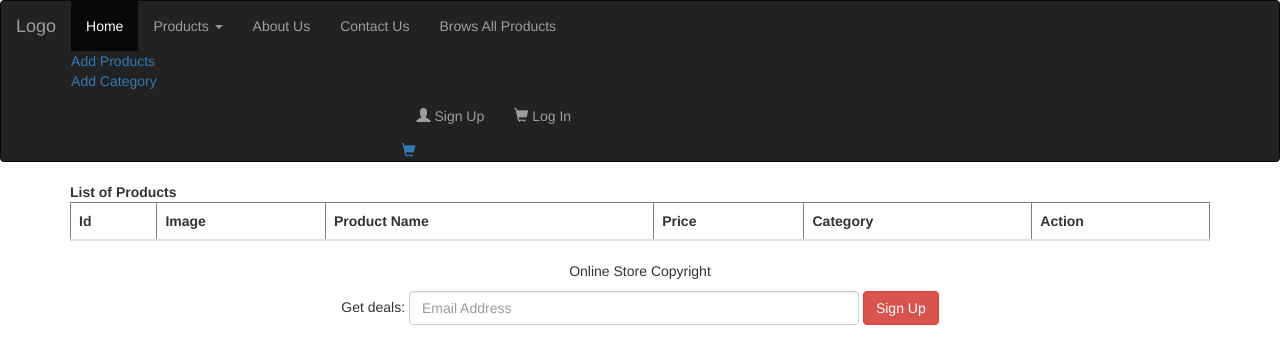
Repository: Binny16/-My-project
Page: http://localhost/online_shopping/WEB-INF/view/Listofproducts.jsp
The author's editor kept a copy of each file at every save. The page is drawn from the files as they stood at one save, then again after the next save.
The browser window is 1280 px wide. The pictures show the whole page.
The page is served by Tomcat 9. Nobody is signed in. The template is opened directly, without the code that normally fills it, so the values that code supplies are empty.

Above is the page before, as saved 2018-09-17 06:34:04.
Console error: TypeError: $(...).DataTable is not a function

After the next save:
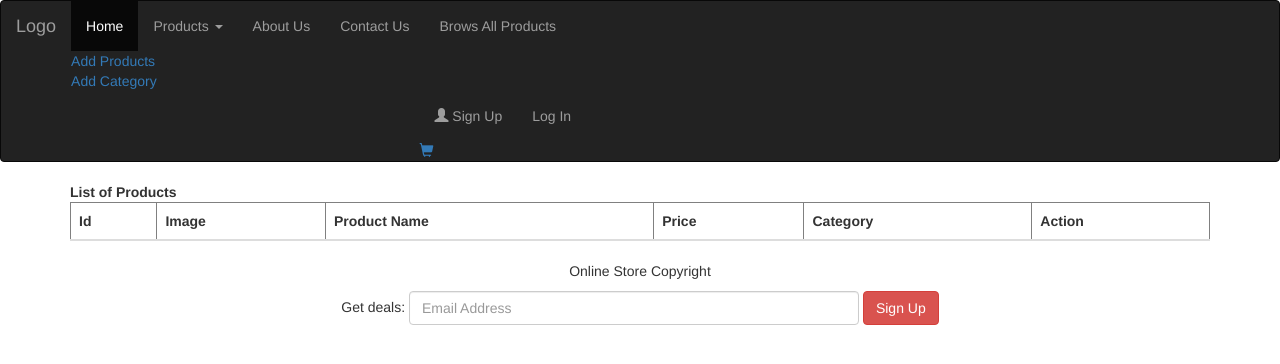
Saved 26 s later.
--- a/18-9-2018/binny/online_shopping/src/main/webapp/WEB-INF/view/Header.jsp
+++ b/18-9-2018/binny/online_shopping/src/main/webapp/WEB-INF/view/Header.jsp
@@ -63,7 +63,7 @@
 
          <c:if test="${pageContext.request.userPrincipal.name==null }">
         <li><a href="${pageContext.request.contextPath}/all/registrationform"><span class="glyphicon glyphicon-user"></span> Sign Up</a></li>
-        <li><a href="${pageContext.request.contextPath}/login"><span class="glyphicon glyphicon-shopping-cart"></span> Log In</a></li>
+        <li><a href="${pageContext.request.contextPath}/login"> Log In</a></li>
         </c:if>
 
         <c:if test="${pageContext.request.userPrincipal.name!=null }">
